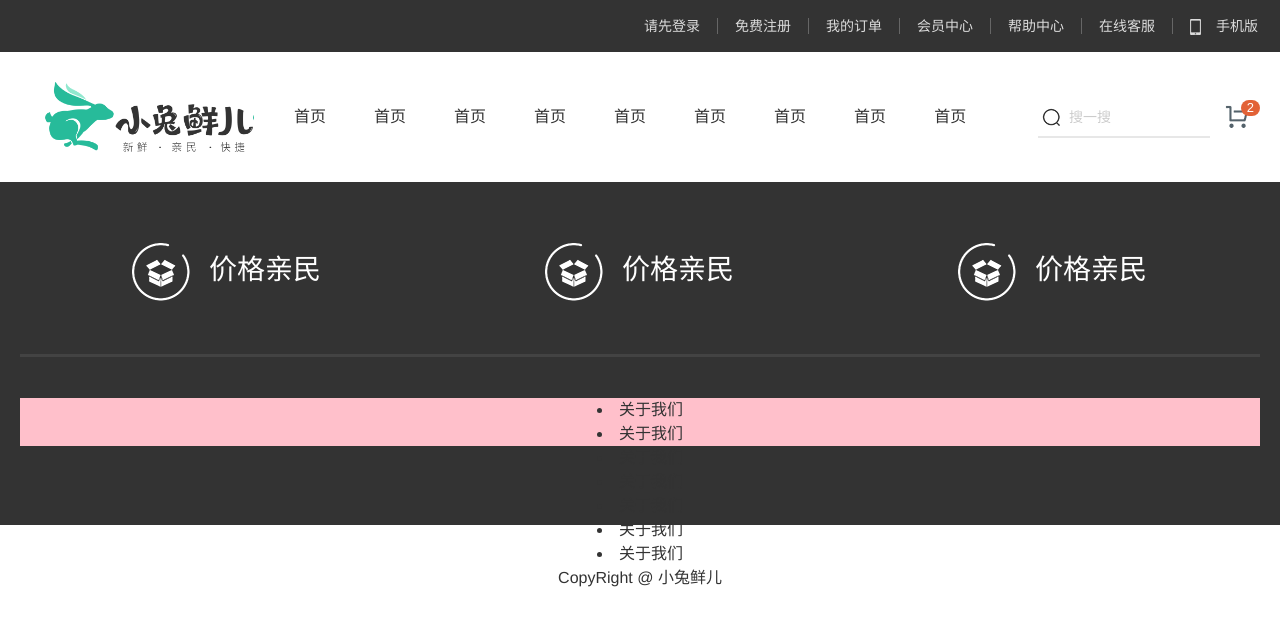
Repository: DengBiHua/xtx_pc_client
Page: index.html
The author's editor kept a copy of each file at every save. The page is drawn from the files as they stood at one save, then again after the next save.
The browser window is 1280 px wide. The pictures show the whole page.

Above is the page before, as saved 2022-04-16 15:50:26.

### index.html
<!DOCTYPE html>
<html lang="zh-CN">
<head>
    <meta charset="UTF-8">
    <meta http-equiv="X-UA-Compatible" content="IE=edge">
    <meta name="viewport" content="width=device-width, initial-scale=1.0">
    <title>小兔鲜儿-新鲜、惠民、快捷！</title>
    <meta name="description" content="小兔鲜儿官网，致力于打造全球最大的食品、生鲜电商购物平台。">
    <meta name="keywords" content="小兔鲜儿,食品,生鲜,服装,家电,电商,购物">
    <link rel="shortcut icon" href="favicon.ico" type="image/x-icon">
    <link rel="stylesheet" href="./css/base.css">
    <link rel="stylesheet" href="./css/common.css">
    <link rel="stylesheet" href="./css/index.css">
</head>
<body>
    <div class="header">
        <div class="wrapper">
            <ul>
                <li><a href="#">请先登录</a></li>
                <li><a href="#">免费注册</a></li>
                <li><a href="#">我的订单</a></li>
                <li><a href="#">会员中心</a></li>
                <li><a href="#">帮助中心</a></li>
                <li><a href="#">在线客服</a></li>
                <li><a href="#"><span></span>手机版</a></li>
            </ul>
        </div>
    </div>
    <div class="nav wrapper">
        <div class="logo">
            <h1><a href="#">小兔鲜儿</a></h1>
        </div>
        <div class="menu">
            <ul>
                <li><a href="#">首页</a></li>
                <li><a href="#">首页</a></li>
                <li><a href="#">首页</a></li>
                <li><a href="#">首页</a></li>
                <li><a href="#">首页</a></li>
                <li><a href="#">首页</a></li>
                <li><a href="#">首页</a></li>
                <li><a href="#">首页</a></li>
                <li><a href="#">首页</a></li>
            </ul>
        </div>
        <div class="buyCar">
            <a href="#"><span>2</span></a>
        </div>
        <div class="search">
            <span></span>
            <input type="text" placeholder="搜一搜">
        </div>
    </div>
    <div class="footer">
        <div class="top wrapper">
            <ul>
                <li><span></span>价格亲民</li>
                <li><span></span>价格亲民</li>
                <li><span></span>价格亲民</li>
            </ul>
        </div>
        <div class="bottom wrapper">
            <p>
                <li><a href="#">关于我们</a></li>
                <li><a href="#">关于我们</a></li>
                <li><a href="#">关于我们</a></li>
                <li><a href="#">关于我们</a></li>
                <li><a href="#">关于我们</a></li>
                <li><a href="#">关于我们</a></li>
                <li><a href="#">关于我们</a></li>
            </p>
            <p>CopyRight @ 小兔鲜儿</p>
        </div>
    </div>
</body>
</html>

### css/base.css
/* 清除默认样式的代码 */
/* 去除常见标签默认的 margin 和 padding */
body,
h1,
h2,
h3,
h4,
h5,
h6,
p,
ul,
ol,
li,
dl,
dt,
dd,
input {
  margin: 0;
  padding: 0;
}

/* 內减模式 */
* {
  box-sizing: border-box;
}

/* 设置网页统一的字体大小、行高、字体系列相关属性 */
body {
  font: 16px/1.5 "Helvetica Neue", Helvetica, Arial, "Microsoft Yahei",
    "Hiragino Sans GB", "Heiti SC", "WenQuanYi Micro Hei", sans-serif;
  color: #333;
}

/* 去除列表默认样式 */
ul,
ol {
  list-style: none;
}

/* 去除默认的倾斜效果 */
em,
i {
  font-style: normal;
}

/* 去除a标签默认下划线，并设置默认文字颜色 */
a {
  text-decoration: none;
  color: #333;
}

/* 设置img的垂直对齐方式为居中对齐，去除img默认下间隙 */
img {
  vertical-align: middle;
}

/* 去除input默认样式 */
input {
  border: none;
  outline: none;
  color: #333;
}

/* 左浮动 */
.fl {
  float: left;
}

/* 右浮动 */
.fr {
  float: right;
}

/* 双伪元素清除法 */
.clearfix::before,
.clearfix::after {
  content: "";
  display: table;
}
.clearfix::after {
  clear: both;
}

### css/common.css
.wrapper {
    width: 1240px;
    margin: 0 auto;
}

.header {
    height: 52px;
    background-color: #333333;
}

.header .wrapper {
    height: 52px;
    line-height: 52px;
}

.header .wrapper ul {
    float: right;
}

.header .wrapper li {
    float: left;
}

.header .wrapper li a {
    padding: 0 17px;
    border-right: 1px solid #666666;
    font-size: 14px;
    color: #dcdcdc;
}

.header .wrapper li a span {
    display: inline-block;
    margin-right: 15px;
    width: 11px;
    height: 16px;
    background-image: url(../images/sprites.png);
    background-position: -160px -70px;
    vertical-align: middle;
}

.header .wrapper li:last-child a {
    border: none;
    padding-right: 2px;
}

.nav {
    margin: 30px auto;
    height: 70px;
}

.logo h1 a {
    float: left;
    display: block;
    width: 209px;
    height: 70px;
    margin: 0 16px 0 25px;
    background-image: url(../images/logo.png);
    background-size: contain;
    font-size: 0;
}

.menu {
    float: left;
}

.menu li {
    float: left;
    padding: 0 24px;
    height: 70px;
    line-height: 70px;
}

.menu li a {
    padding-bottom: 7px;
}

.menu li a:hover {
    color: #27ba9b;
    border-bottom: 1px solid #27ba9b;
}

.buyCar {
    float: right;
    margin-top: 23px;
    margin-left: 15px;
    margin-right: 12px;
}

.buyCar a {
    display: inline-block;
    position: relative;
    width: 23px;
    height: 23px;
    background-image: url(../images/sprites.png);
    background-position: -119px -69px;
}

.buyCar span {
    position: absolute;
    top: -5px;
    right: -12px;
    height: 16px;
    padding: 0 6px;
    background-color: #e26237;
    border-radius: 8px;
    line-height: 16px;
    font-size: 13px;
    color: #ffffff;
}

.search {
    float: right;
    position: relative;
    margin-top: 16px;
    border-bottom: 2px solid #e7e7e7;
}

.search input {
    padding-left: 31px;
    width: 172px;
    height: 38px;
    font-size: 14px;
}

.search input::placeholder {
    font-size: 14px;
    color: #cccccc;
}

.search span {
    position: absolute;
    left: 2px;
    top: 50%;
    transform: translate(0, -50%);
    width: 18px;
    height: 18px;
    margin-left: 2px;
    background-image: url(../images/sprites.png);
    background-position: -79px -69px;
}

.footer {
    height: 343px;
    background-color: #333;
}

.footer .top {
    height: 175px;
    border-bottom: 3px solid #434343;
}

.footer .top li {
    float: left;
    margin: auto 0;
    font-size: 28px;
    color: #ffffff;
    width: 413px;
    height: 175px;
    line-height: 175px;
    text-align: center;
}

.footer .top span {
    display: inline-block;
    width: 58px;
    height: 58px;
    margin-right: 19px;
    background-image: url(../images/sprites.png);
    background-position: 0 0;
    vertical-align: middle;
}

.footer .bottom {
    height: 48px;
    margin-top: 41px;
    background-color: pink;
    text-align: center;
}

Loaded but not shown: css/index.css (no stored copy; drawn as an empty file)

After the next save:
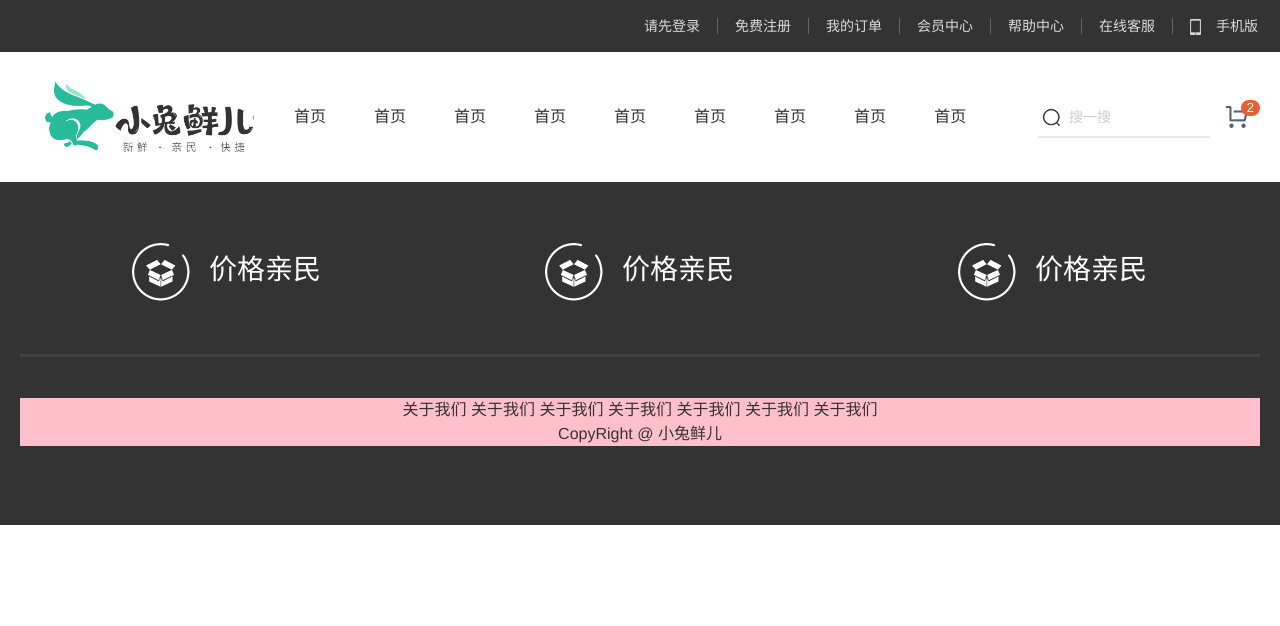
Saved 4 min 3 s later.
--- a/index.html
+++ b/index.html
@@ -61,13 +61,13 @@
         </div>
         <div class="bottom wrapper">
             <p>
-                <li><a href="#">关于我们</a></li>
-                <li><a href="#">关于我们</a></li>
-                <li><a href="#">关于我们</a></li>
-                <li><a href="#">关于我们</a></li>
-                <li><a href="#">关于我们</a></li>
-                <li><a href="#">关于我们</a></li>
-                <li><a href="#">关于我们</a></li>
+                <a href="#">关于我们</a>
+                <a href="#">关于我们</a>
+                <a href="#">关于我们</a>
+                <a href="#">关于我们</a>
+                <a href="#">关于我们</a>
+                <a href="#">关于我们</a>
+                <a href="#">关于我们</a>
             </p>
             <p>CopyRight @ 小兔鲜儿</p>
         </div>
